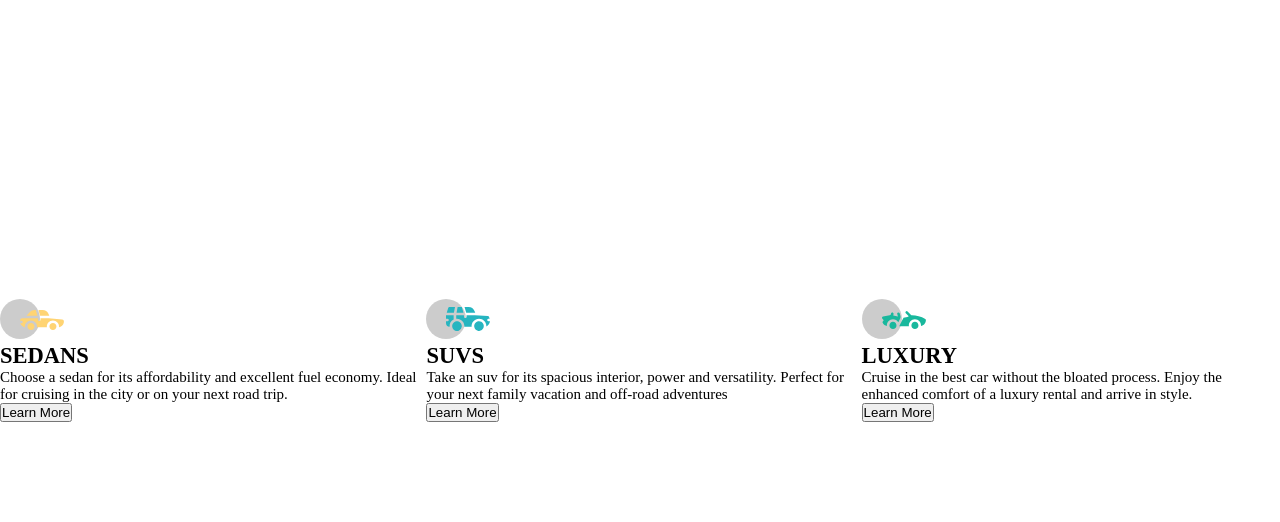
Repository: UnegbuAbigail/3-columns-cards
Page: index.html
The author's editor kept a copy of each file at every save. The page is drawn from the files as they stood at one save, then again after the next save.
The browser window is 1280 px wide. The pictures show the whole page.

Above is the page before, as saved 2024-08-03 14:08:29.

After the next save:
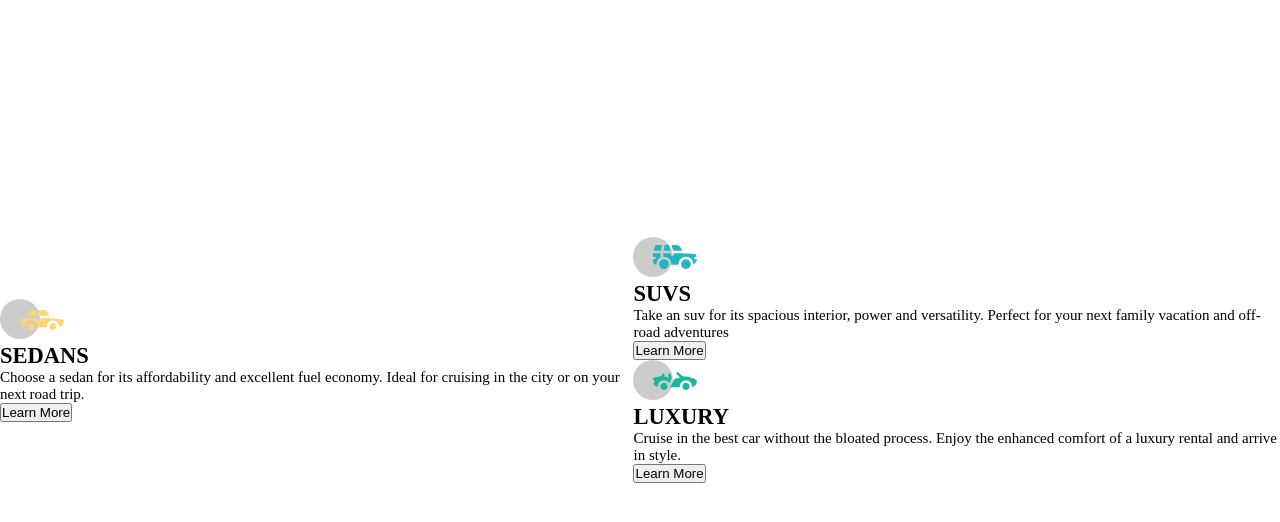
Saved 19 s later.
--- a/index.html
+++ b/index.html
@@ -19,7 +19,7 @@
 
              <!-- card-2 -->
 
-             <div>
+             <divclass="cards">
                 <img src="assets/icon-suvs.svg" alt="">
                 <h2>SUVS</h2>
           <p>

After the save that followed:
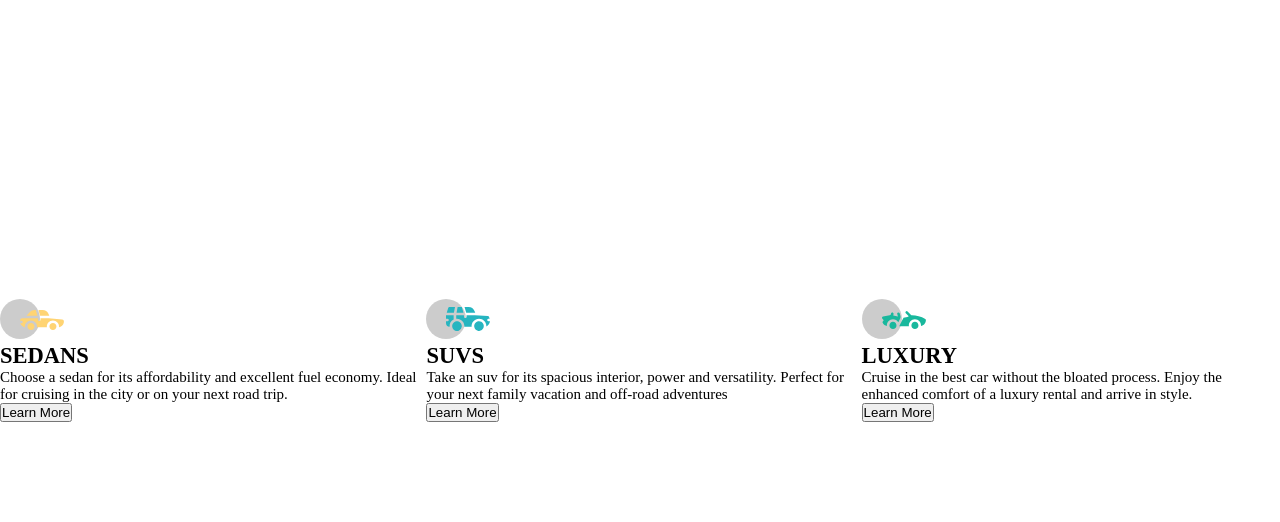
Saved 4 s later.
--- a/index.html
+++ b/index.html
@@ -19,7 +19,7 @@
 
              <!-- card-2 -->
 
-             <divclass="cards">
+             <div class="cards">
                 <img src="assets/icon-suvs.svg" alt="">
                 <h2>SUVS</h2>
           <p>
